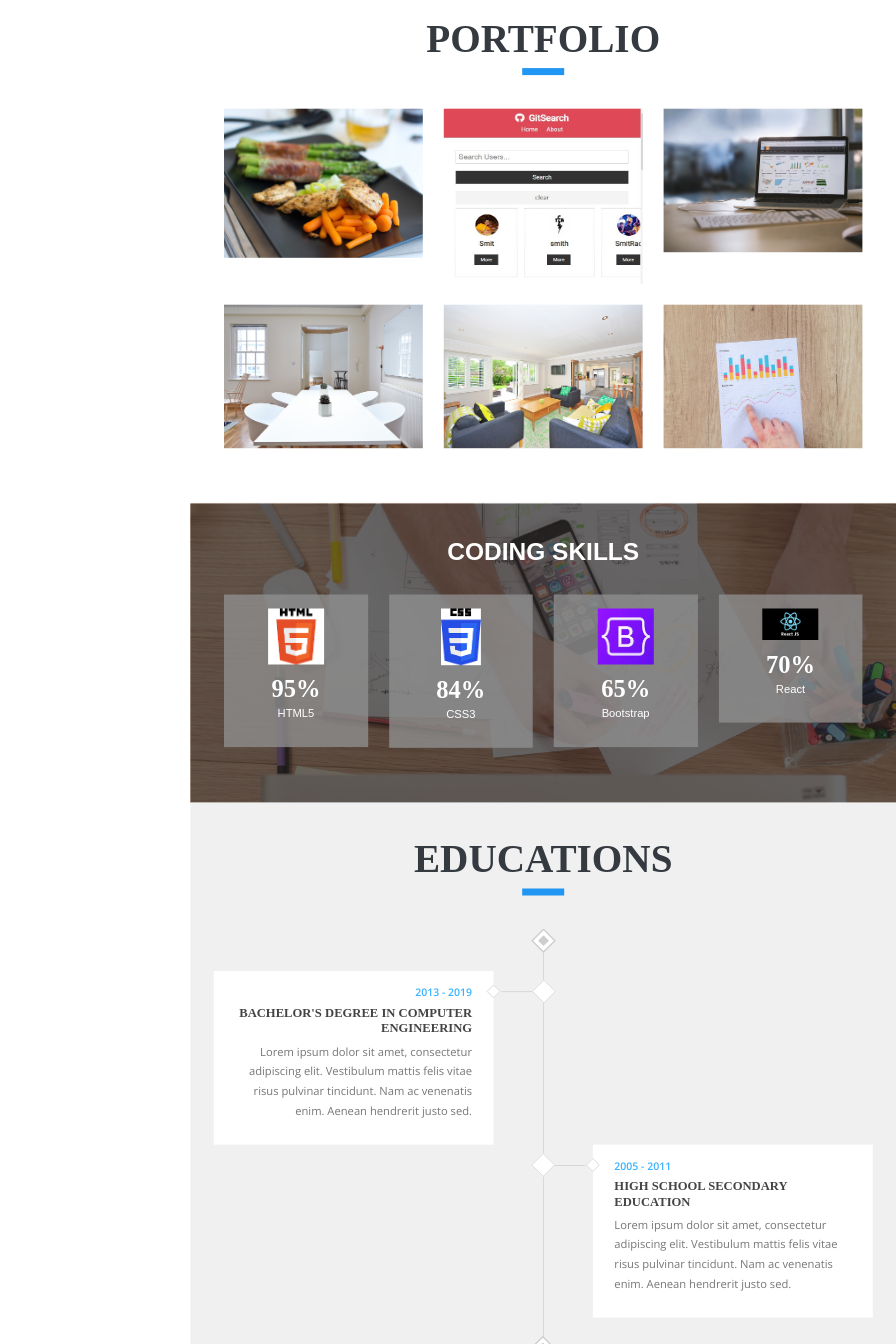
Repository: smit1298/portfolio
Page: index.html
The author's editor kept a copy of each file at every save. The page is drawn from the files as they stood at one save, then again after a run of saves.
The browser window is 1280 px wide. The pictures show the part of the page from y = 1466 to 3386 px (the page is 4820 px tall), at 70% of full size.
Some web fonts or font styles are not loaded; a fallback is used.

Above is the page before, as saved 2021-06-28 18:28:05.

After the next 2 saves:
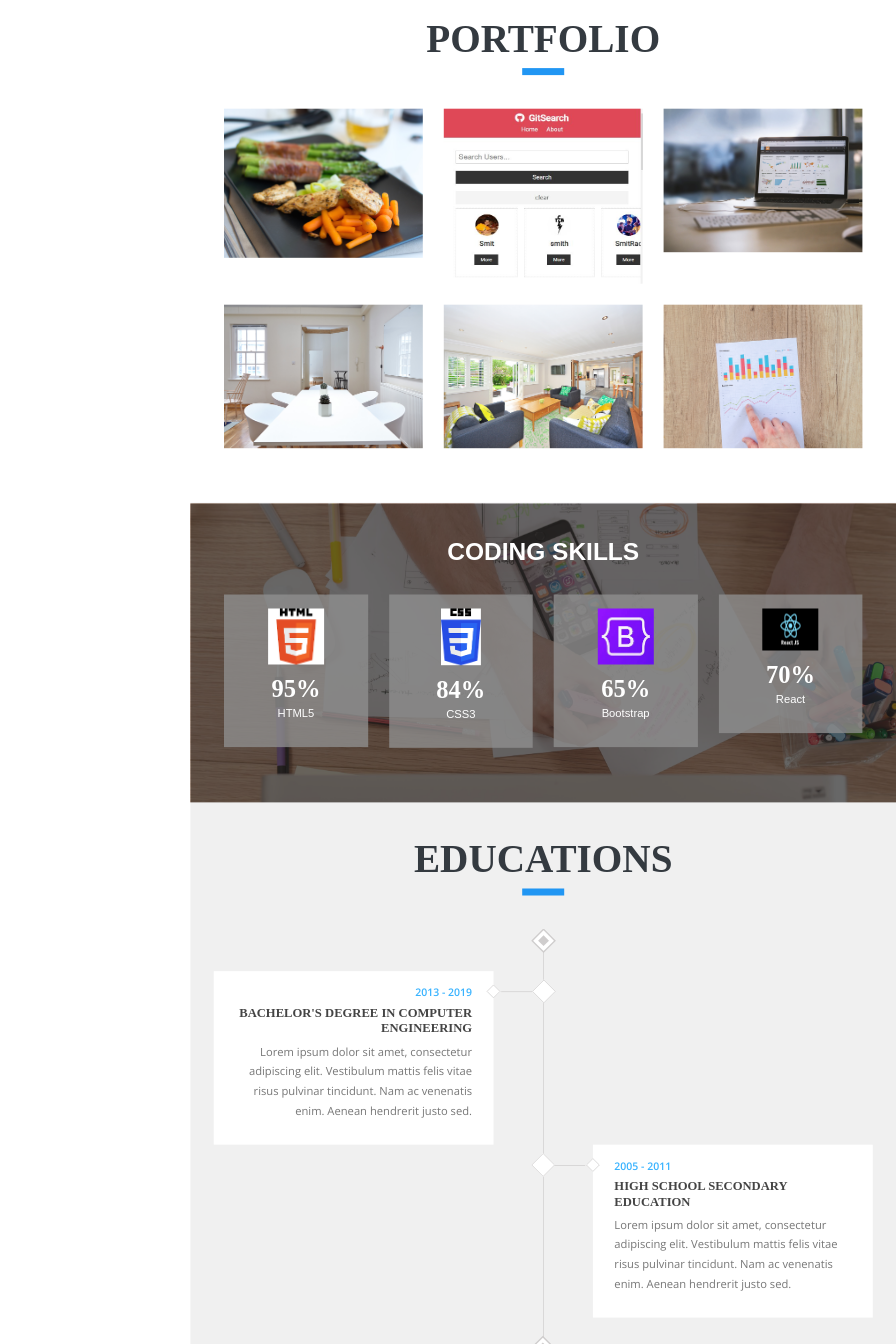
The 2 saves are shown as one change because they came seconds apart.
The last was saved 28 s later.
--- a/index.html
+++ b/index.html
@@ -367,7 +367,7 @@
             </div>
             <div class="col-md-3 col-sm-6">
               <div class="skill-item">
-                <img src="./img/skills/react.png" style="width: 80px; height: auto;" alt="" />
+                <img src="./img/skills/react.png" style="width: 80px; height: 60px;" alt="" />
                 <h2><span class="counter"> 70 </span><span>%</span></h2>
                 <p>React</p>
               </div>
